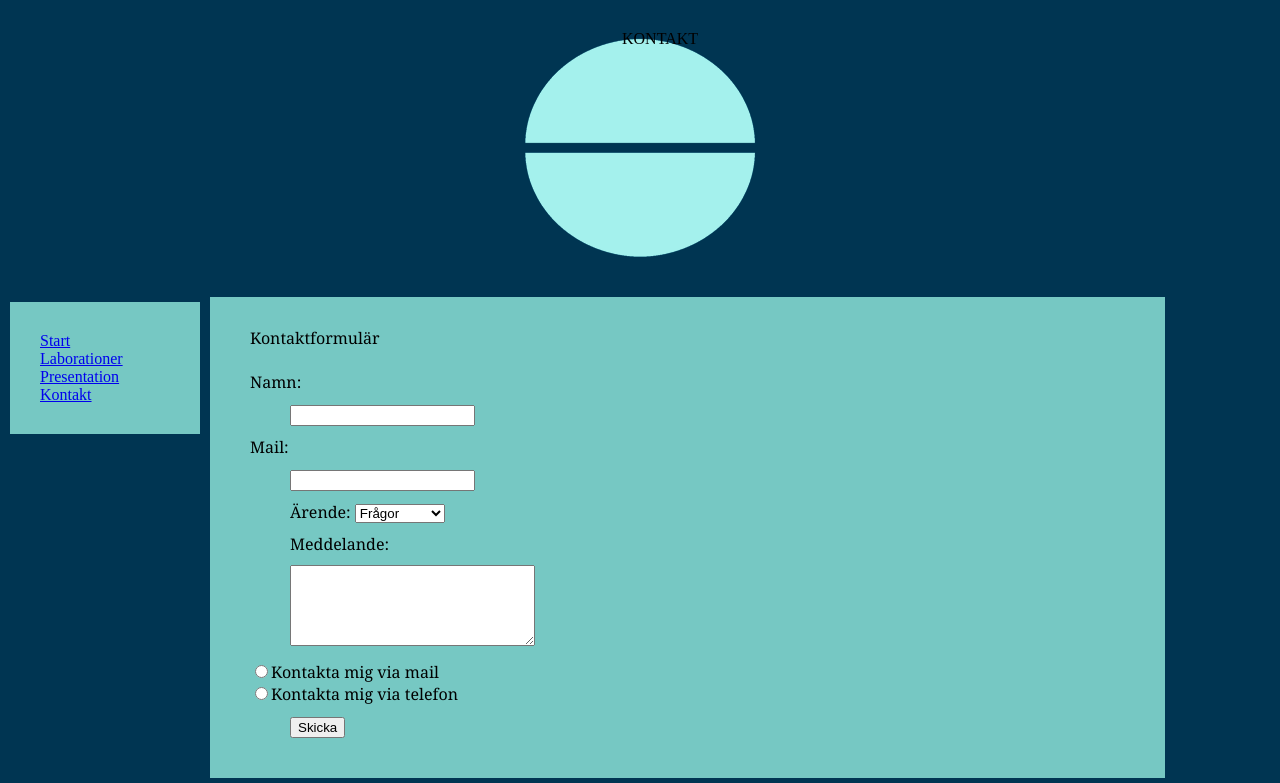
Repository: ml223nw/1ik415-laborationer
Page: pages/kontakt.html
The author's editor kept a record of every edit. The page is drawn from the files as they stood at one moment, then again after the next edit.
The browser window is 1280 px wide. The pictures show the whole page.

Above is the page before.

### pages/kontakt.html
<!DOCTYPE html>
<html lang="sv">
    <head>
        <meta charset="utf-8">
        <title>Kontakt - Mathias portal</title>
        <link rel="stylesheet" href="../css/style.css"/>
    </head>
    <body>
    <div id='container'>
    <div id="header">
        <h1>KONTAKT</h1>
        </div>
        <div id='navigation'>
            <ul>
                <li><a href="../index.html">Start</a></li>
                <li><a href="laborationer.html">Laborationer</a></li>
                <li><a href="presentation.html">Presentation</a></li>
                <li><a href="kontakt.html">Kontakt</a></li>
            </ul>
        </div>
        <div id='content'>
    <form action=" http://voyager.lnu.se/tekinet/kurser/dtt/wp_webbintro/form.php" method="post">
    <fieldset>
    <legend>Kontaktformulär</legend><br>
    Namn: <p><input type="text" name="name"></p>
    Mail: <p><input type="text" name="mail"></p>
    <p>Ärende: <select name="type"></p>
        <option value="question" selected>Frågor</option>
        <option value="feedback">Synpunkter</option>
        <option value="other">Övrigt</option>

    </select>


        <p>Meddelande:</p>
        <p><textarea rows="5" cols="28"></textarea></p>
        <input type="radio" name="contact" value="yes">Kontakta mig via mail<br>
        <input type="radio" name="contact" value="no">Kontakta mig via telefon
        <p><input type="submit" value="Skicka"></p>
        </fieldset>
    </form>
    </div>
        </body>
</html>

### css/style.css
/* http://meyerweb.com/eric/tools/css/reset/
   v2.0 | 20110126
   License: none (public domain)
*/
html, body, div, span, applet, object, iframe,
h1, h2, h3, h4, h5, h6, p, blockquote, pre,
a, abbr, acronym, address, big, cite, code,
del, dfn, em, img, ins, kbd, q, s, samp,
small, strike, strong, sub, sup, tt, var,
b, u, i, center,
dl, dt, dd, ol, ul, li,
fieldset, form, label, legend,
table, caption, tbody, tfoot, thead, tr, th, td,
article, aside, canvas, details, embed,
figure, figcaption, footer, header, hgroup,
menu, nav, output, ruby, section, summary,
time, mark, audio, video {
	margin: 0;
	padding: 0;
	border: 0;
	font-size: 100%;
	font: inherit;
	vertical-align: baseline;
}

body {
		background-color:#003552;
		alignment-adjust:middle;
}

/* HTML5 display-role reset for older browsers */
article, aside, details, figcaption, figure,
footer, header, hgroup, menu, nav, section

#container {
    width:1024px;
    margin-left:auto;
    margin-right:auto;
    color:#004a74;
    background-color:#76c8c3;
	}

#header {
	margin-top:30px;
	margin-bottom:30px;
	background-color:#003552;
	background-image: url('../pics/logoTop.png');
	background-position: center;
	background-repeat: no-repeat;
	text-align:center;
	height:237px;
    }

#navigation {
	margin-top:5px;
	margin-bottom:5px;
	float:left;
	background-color:#76c8c3;
	width:190px;
	margin-right:10px;
	margin-left:10px;
	}

#content {
	margin:210px;
	background-color:#76c8c3;
	width:955px;
	font-family:Georgia, serif;
	padding-top:20px;
	padding-bottom:20px;
	margin-top:5px;
	margin-bottom:5px;
	}

#navigation ul {
    margin-top:5;
    margin:30px;
    padding-right:20px;
    list-style:none;
	}

#content p, h1, h2, h3, video, img, form, ul, table {
    margin-left:40px;
    margin-top:10px;
    margin-bottom:10px;
    }

#content li {
    margin:30px;
    }

#footer {
	margin-left:220px;
	margin-top:10px;
	margin-bottom:10px;
    background-color:#17344B;
    font-family:"Times New Roman", serif;
    font-size:2;
    clear:both;
}

After the next edit:
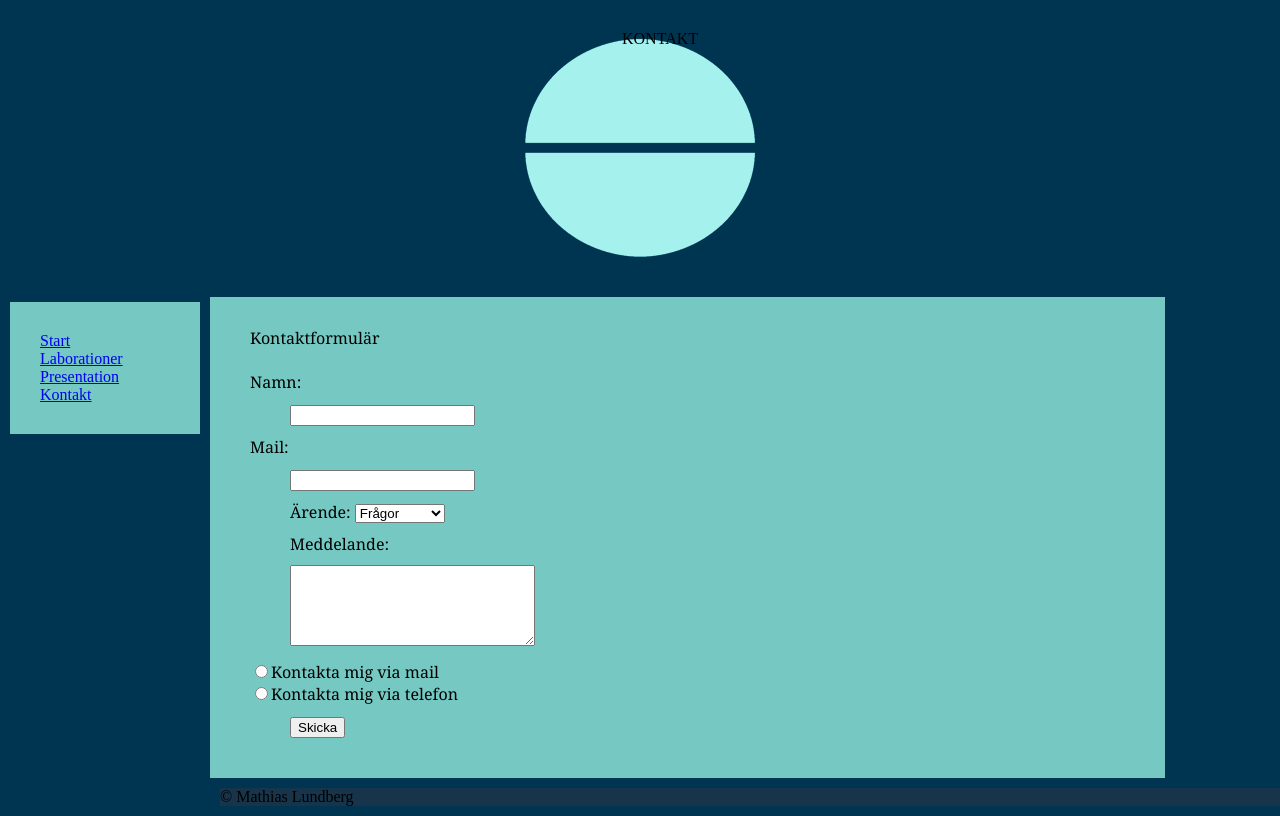
The edit:
--- a/pages/kontakt.html
+++ b/pages/kontakt.html
@@ -40,5 +40,8 @@
         </fieldset>
     </form>
     </div>
+    <div id="footer">
+    <p><p>© Mathias Lundberg</p>
+    </div>
         </body>
 </html>
